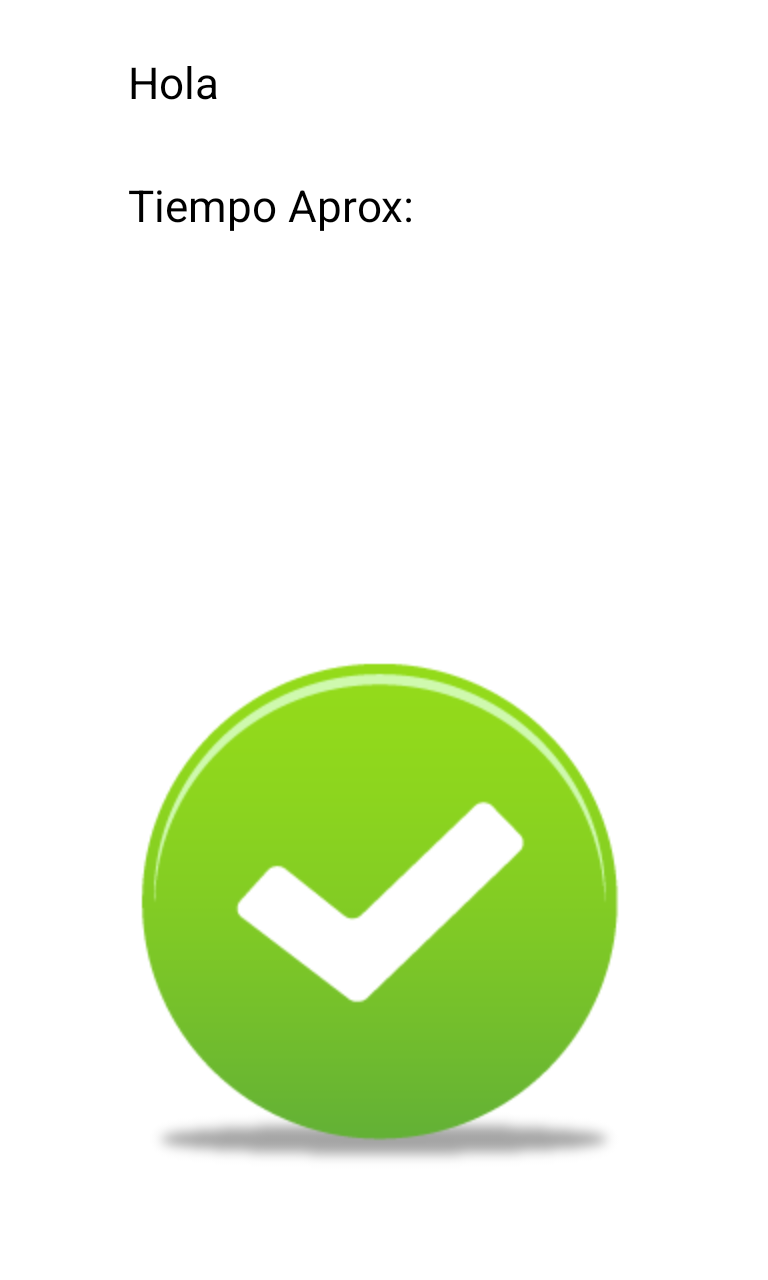
Repository: fernandohur/moviles
Layout: ClienteTaxi/res/layout/activity_confirmar_servicio.xml
An editor plug-in stored every save of this project. The layout is shown before and after the next save, followed by the edit.
It is drawn on a 768 x 1280 px phone screen (xhdpi) without system bars, with theme AppTheme; the app's code is not run.

Above is the layout before, as saved 2013-03-09 23:13:18.

### ClienteTaxi/res/layout/activity_confirmar_servicio.xml
<RelativeLayout xmlns:android="http://schemas.android.com/apk/res/android"
    xmlns:tools="http://schemas.android.com/tools"
    android:layout_width="match_parent"
    android:layout_height="match_parent"
    tools:context=".ConfirmarServicioActivity" >

    <ImageButton
        android:id="@+id/btnConfirm"
        android:layout_width="wrap_content"
        android:layout_height="wrap_content"
        android:layout_alignParentBottom="true"
        android:layout_centerHorizontal="true"
        android:layout_marginBottom="55dp"
        android:background="#FFFFFF"
        android:src="@drawable/accept_icon" />

    <TextView
        android:id="@+id/txtMessageConf"
        android:layout_width="wrap_content"
        android:layout_height="wrap_content"
        android:layout_alignLeft="@+id/btnConfirm"
        android:layout_alignParentTop="true"
        android:layout_marginTop="26dp"
        android:text="Hola"
        android:textAppearance="?android:attr/textAppearanceLarge" />

    <TextView
        android:id="@+id/TextView01"
        android:layout_width="wrap_content"
        android:layout_height="wrap_content"
        android:layout_alignLeft="@+id/txtMessageConf"
        android:layout_below="@+id/txtMessageConf"
        android:layout_marginTop="32dp"
        android:text="Tiempo Aprox:"
        android:textAppearance="?android:attr/textAppearanceLarge" />

</RelativeLayout>

Loaded but not shown: ClienteTaxi/res/values/styles.xml (common file); ClienteTaxi/res/values-v11/styles.xml (common file); ClienteTaxi/res/values-v14/styles.xml (common file)

After the next save:
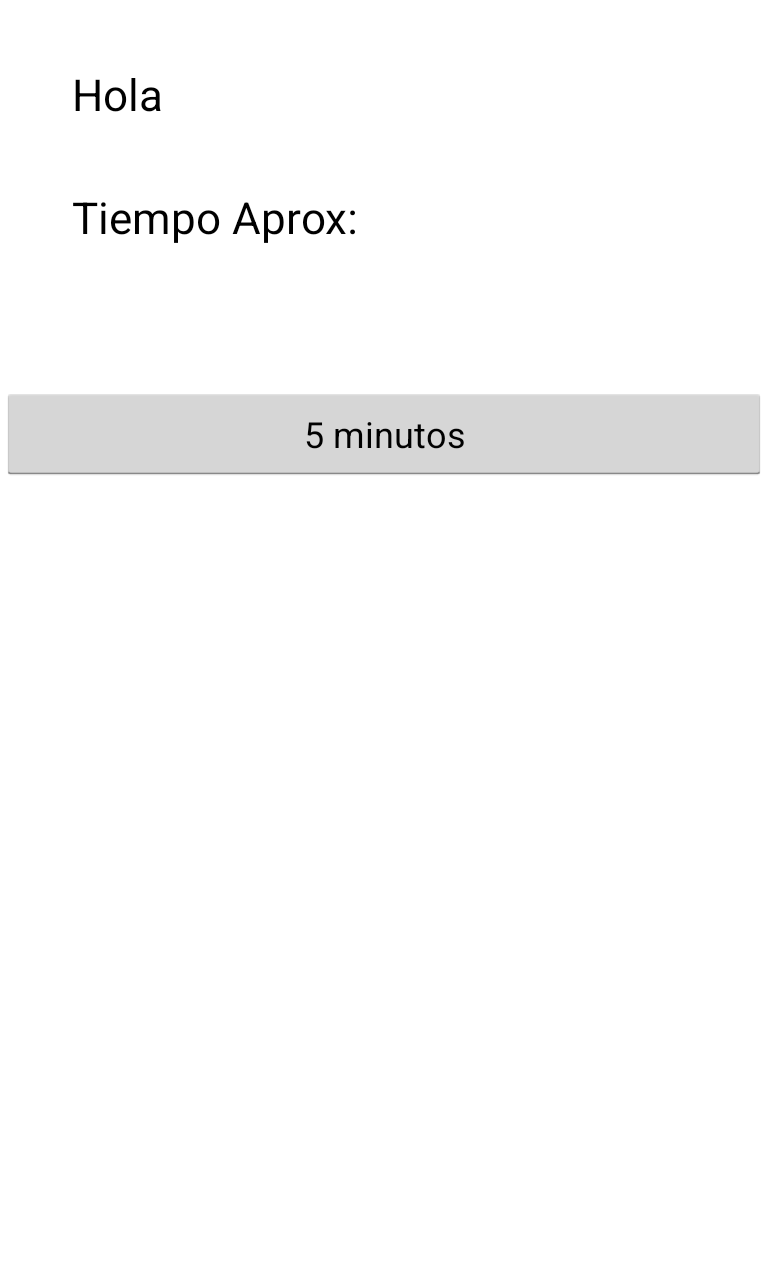
Saved 54 s later.
--- a/ClienteTaxi/res/layout/activity_confirmar_servicio.xml
+++ b/ClienteTaxi/res/layout/activity_confirmar_servicio.xml
@@ -3,26 +3,6 @@
     android:layout_width="match_parent"
     android:layout_height="match_parent"
     tools:context=".ConfirmarServicioActivity" >
-
-    <ImageButton
-        android:id="@+id/btnConfirm"
-        android:layout_width="wrap_content"
-        android:layout_height="wrap_content"
-        android:layout_alignParentBottom="true"
-        android:layout_centerHorizontal="true"
-        android:layout_marginBottom="55dp"
-        android:background="#FFFFFF"
-        android:src="@drawable/accept_icon" />
-
-    <TextView
-        android:id="@+id/txtMessageConf"
-        android:layout_width="wrap_content"
-        android:layout_height="wrap_content"
-        android:layout_alignLeft="@+id/btnConfirm"
-        android:layout_alignParentTop="true"
-        android:layout_marginTop="26dp"
-        android:text="Hola"
-        android:textAppearance="?android:attr/textAppearanceLarge" />
 
     <TextView
         android:id="@+id/TextView01"
@@ -34,4 +14,25 @@
         android:text="Tiempo Aprox:"
         android:textAppearance="?android:attr/textAppearanceLarge" />
 
+    <TextView
+        android:id="@+id/txtMessageConf"
+        android:layout_width="wrap_content"
+        android:layout_height="wrap_content"
+        android:layout_alignParentLeft="true"
+        android:layout_alignParentTop="true"
+        android:layout_marginLeft="36dp"
+        android:layout_marginTop="32dp"
+        android:text="Hola"
+        android:textAppearance="?android:attr/textAppearanceLarge" />
+
+    <Button
+        android:id="@+id/button1"
+        android:layout_width="wrap_content"
+        android:layout_height="wrap_content"
+        android:layout_alignParentLeft="true"
+        android:layout_alignParentRight="true"
+        android:layout_below="@+id/TextView01"
+        android:layout_marginTop="70dp"
+        android:text="5 minutos" />
+
 </RelativeLayout>
